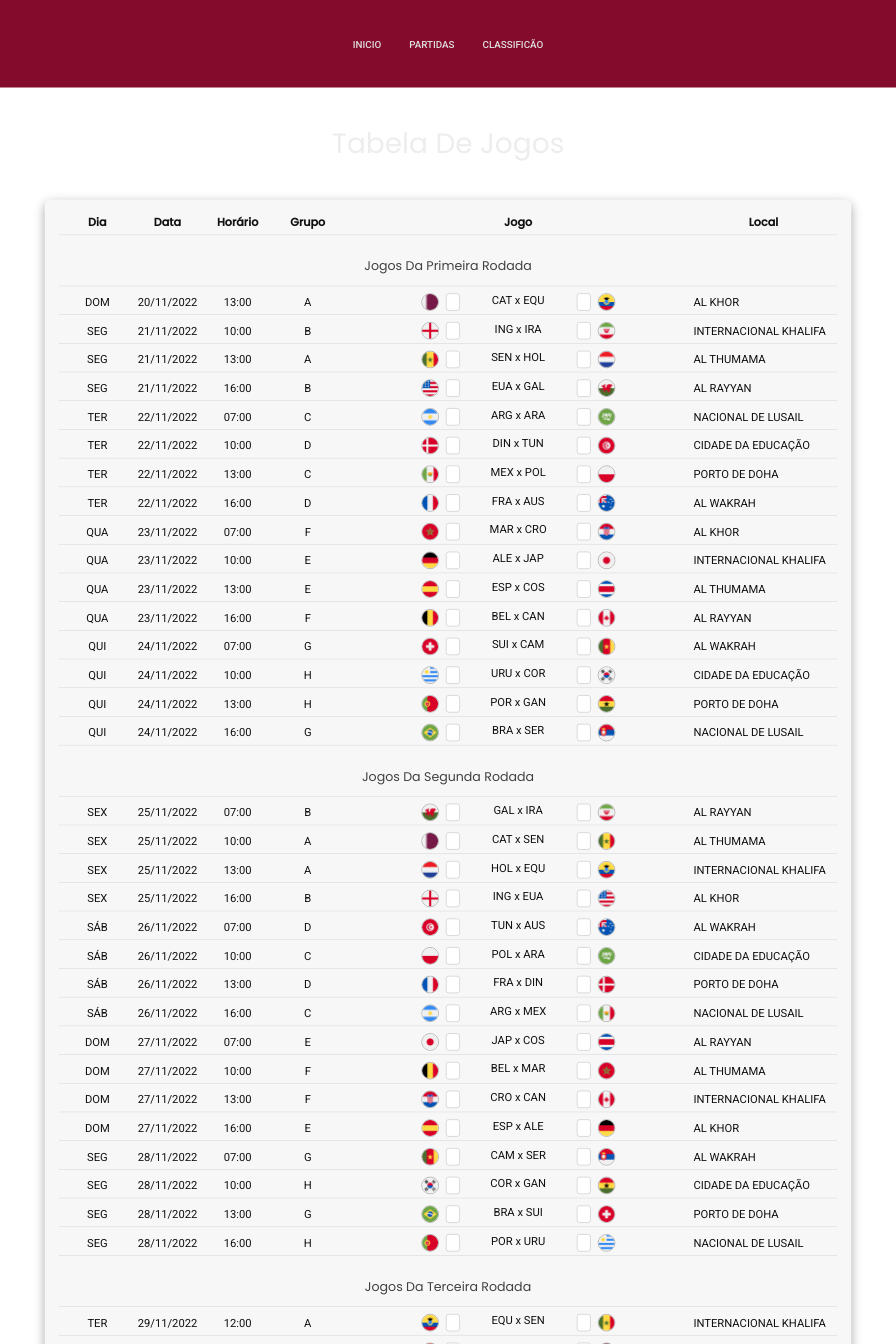
Repository: mayconndouglass/cup-simulator
Page: index.html
An editor plug-in stored every save of this project. The page is shown before and after the next save, followed by the edit.
The browser window is 1280 px wide. The pictures show the part of the page from y = 0 to 1920 px (the page is 3012 px tall before and 2999 px after), at 70% of full size.

Above is the page before, as saved 2023-01-10 08:49:39.

After the next save:
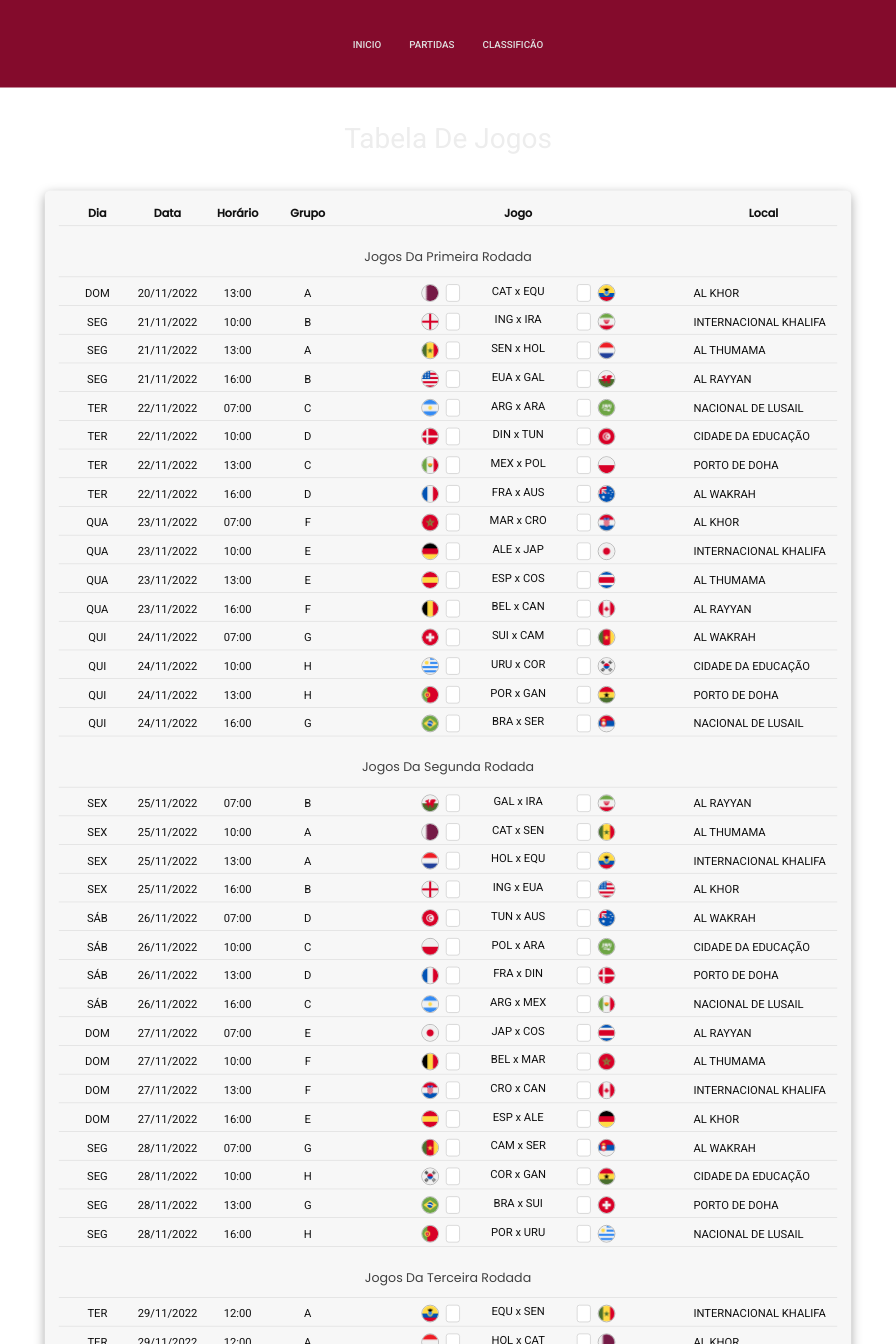
Saved 4 min 12 s later.
--- a/index.html
+++ b/index.html
@@ -5,8 +5,8 @@
   <meta charset="UTF-8">
   <meta http-equiv="X-UA-Compatible" content="IE=edge">
   <meta name="viewport" content="width=device-width, initial-scale=1.0">
+  <link rel="stylesheet" href="./css/initial_page.css">
   <link rel="stylesheet" href="./css/style.css">
-  <link rel="stylesheet" href="./css/initial_page.css">
   <title>Copa Do Mundo</title>
 </head>
 
